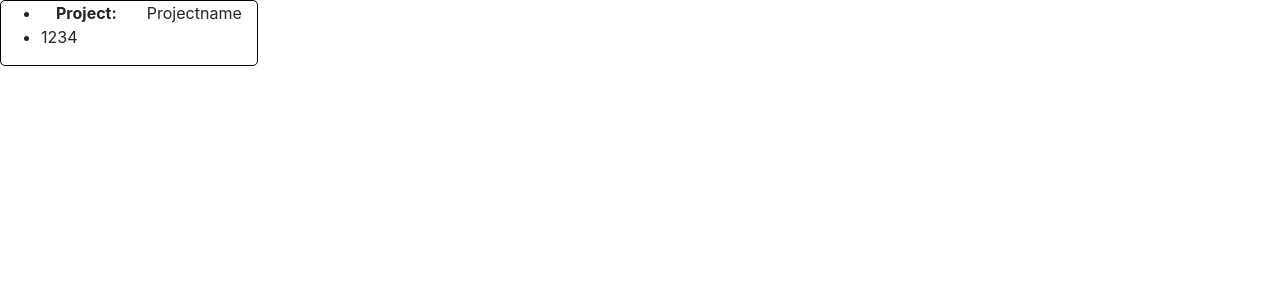
Repository: khoibanh113/mycv
Page: /
The author's editor kept a copy of each file at every save. The page is drawn from the files as they stood at one save, then again after the next save.
The browser window is 1280 px wide. The pictures show the whole page.
The project was rebuilt for these pictures with package versions that can differ from the ones it lists, and the page was loaded fresh each time. Also part of the build but not shown: src/css/avatar.css, src/component/avatar.js, src/css/contact.css, src/component/contact.js, src/component/study.js.

Above is the page before, as saved 2021-03-31 13:11:54.

After the next save:
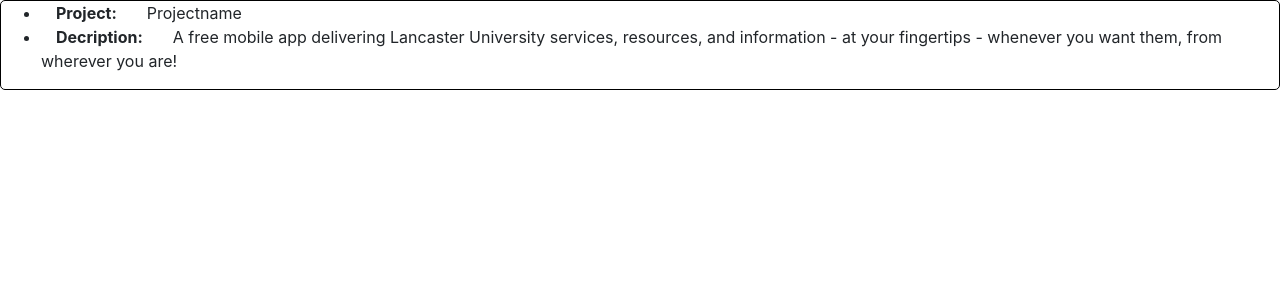
Saved 31 s later.
--- a/src/component/experience.js
+++ b/src/component/experience.js
@@ -11,7 +11,12 @@
                     <li>
                         <b className="col">Project:</b>
                         <span className="col">Projectname</span></li>
-                    <li>1234</li>
+                    <li>
+                        <b className="col">Decription:</b>
+                        <span className="col">
+                        A free mobile app delivering Lancaster University services, resources, and information - at your fingertips - whenever you want them, from wherever you are!
+                        </span>
+                    </li>
                 </ul>
 
 
